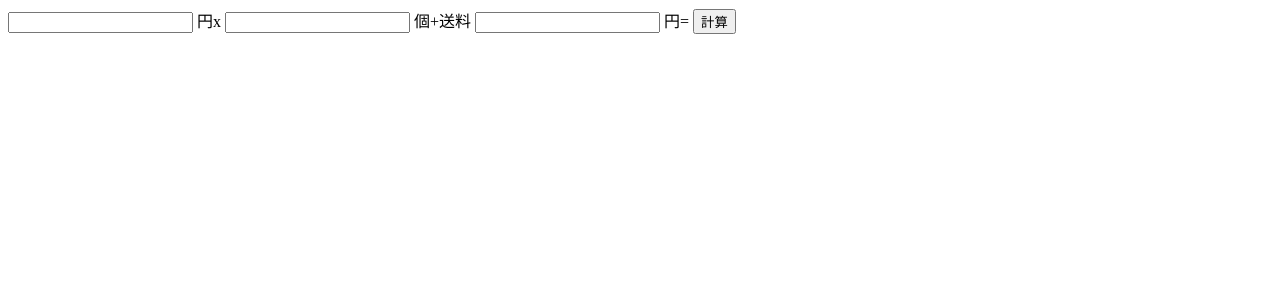
Repository: ishioka-1129/test
Page: http://localhost/HelloJSP/
These files come from the project's save history. The page is drawn as it stood at one moment and after the next save; the edit follows.
The browser window is 1280 px wide. The pictures show the whole page.
The page is served by Tomcat 9. Other server files are loaded and not shown.

Above is the page before, as saved 2018-05-30 04:13:21.

### HelloJSP/WebContent/index.jsp
<%@ page language="java" contentType="text/html; charset=UTF-8"
    pageEncoding="UTF-8"%>
<!DOCTYPE html>
<html>
<head>
<meta charset="UTF-8">
<title>TEST</title>
</head>
<body>
<form method="post" action="total-out.jsp">
<input type="text"name="price">
円x
<input type="text"name="count">
個+送料
<input type="text"name="delivery">
円=
<input type="submit"value="計算">
</form>
</body>
</html>

After the next save:
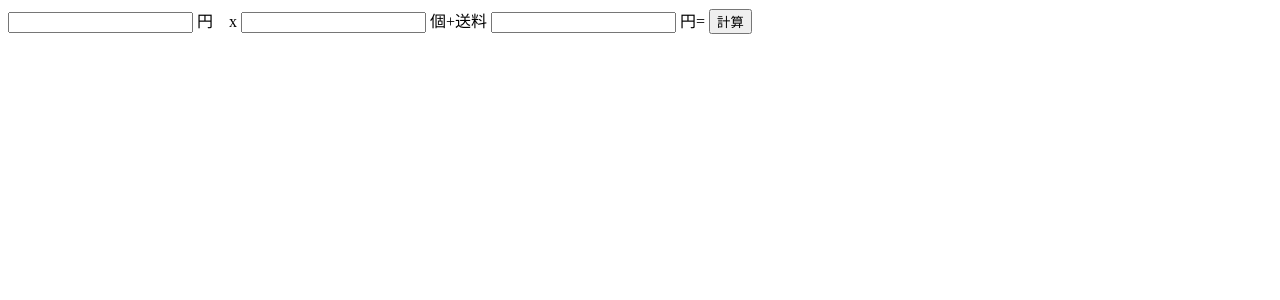
Saved 8 min 6 s later.
--- a/HelloJSP/WebContent/index.jsp
+++ b/HelloJSP/WebContent/index.jsp
@@ -9,7 +9,7 @@
 <body>
 <form method="post" action="total-out.jsp">
 <input type="text"name="price">
-円x
+円　x
 <input type="text"name="count">
 個+送料
 <input type="text"name="delivery">
